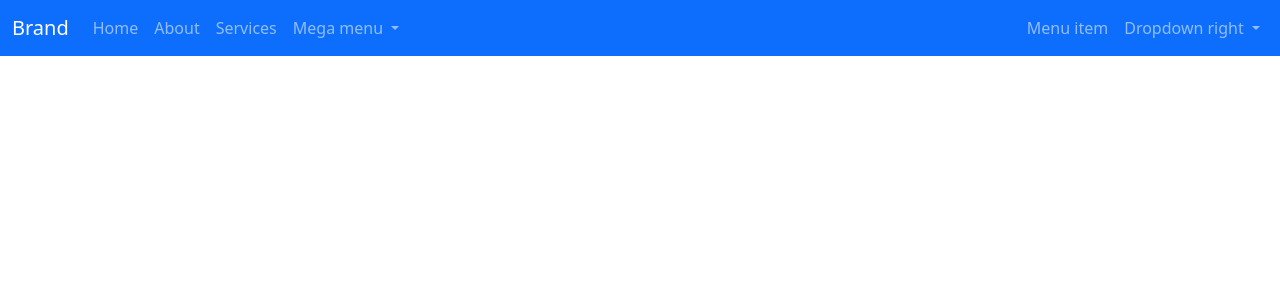
Repository: WaiMaungMaung/Mgr-site
Page: http://localhost/
An editor plug-in stored every save of this project. The page is shown before and after the next save, followed by the edit.
The browser window is 1280 px wide. The pictures show the whole page.
The page is served by the project's Laravel application, run on PHP 8.4 with Laravel 9.

Above is the page before, as saved 2022-04-06 10:08:49.

After the next save:
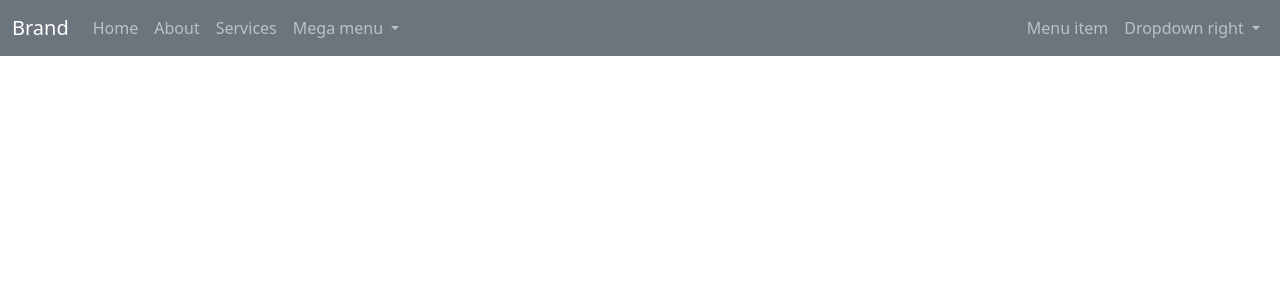
Saved 53 s later.
--- a/resources/views/welcome.blade.php
+++ b/resources/views/welcome.blade.php
@@ -1,6 +1,6 @@
 @extends('layouts.app')
 <div id="container">
-    <nav class="navbar navbar-expand-lg navbar-dark bg-primary fixed-top">
+    <nav class="navbar navbar-expand-lg navbar-dark bg-secondary fixed-top">
         <div class="container-fluid">
             <a class="navbar-brand" href="#">Brand</a>
             <button class="navbar-toggler" type="button" data-bs-toggle="collapse" data-bs-target="#main_nav">
